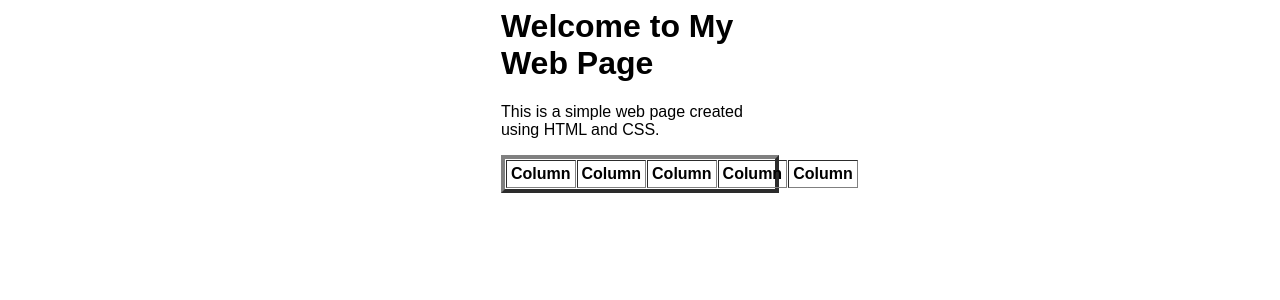
Repository: AdityaTech-Pro/FullStackWithBridgelabz
Page: Assignment2/Data_List/index.html
An editor plug-in stored every save of this project. The page is shown before and after the next save, followed by the edit.
The browser window is 1280 px wide. The pictures show the whole page.

Above is the page before, as saved 2025-10-15 09:11:19.

### Assignment2/Data_List/index.html
<html>

<head>
    <style>
        body {
            font-family: Arial, Helvetica, sans-serif;
        }

        .center {
            display: block;
            margin-left: auto;
            margin-right: auto;
            width: 22%;
        }
    </style>
</head>
<title>
    <h2>Data List</h2>
</title>

<body>
    <table border="4" cellspacing="1" cellpadding="4" class="center">
        <h1 class="center">Welcome to My Web Page</h1>
        <p class="center">This is a simple web page created using HTML and CSS.</p>
        <tr>
            <th>Column</th>
            <th>Column</th>
            <th>Column</th>
            <th>Column</th>
            <th>Column</th>
        </tr>
</body>

</html>

After the next save:
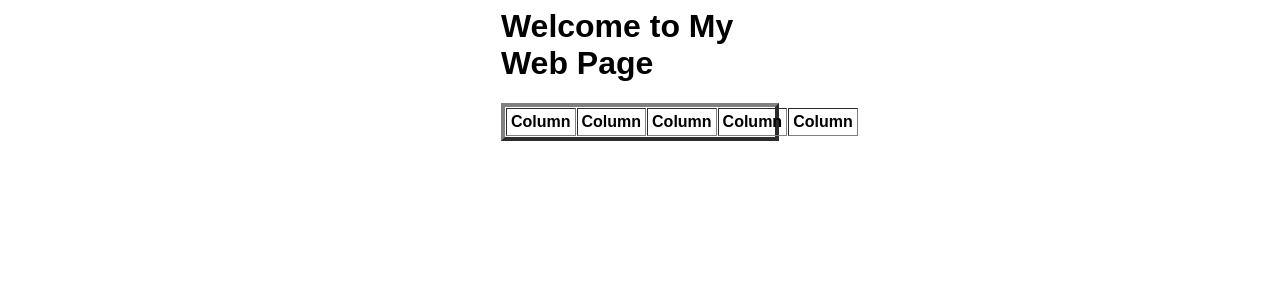
Saved 76 s later.
--- a/Assignment2/Data_List/index.html
+++ b/Assignment2/Data_List/index.html
@@ -21,7 +21,6 @@
 <body>
     <table border="4" cellspacing="1" cellpadding="4" class="center">
         <h1 class="center">Welcome to My Web Page</h1>
-        <p class="center">This is a simple web page created using HTML and CSS.</p>
         <tr>
             <th>Column</th>
             <th>Column</th>
